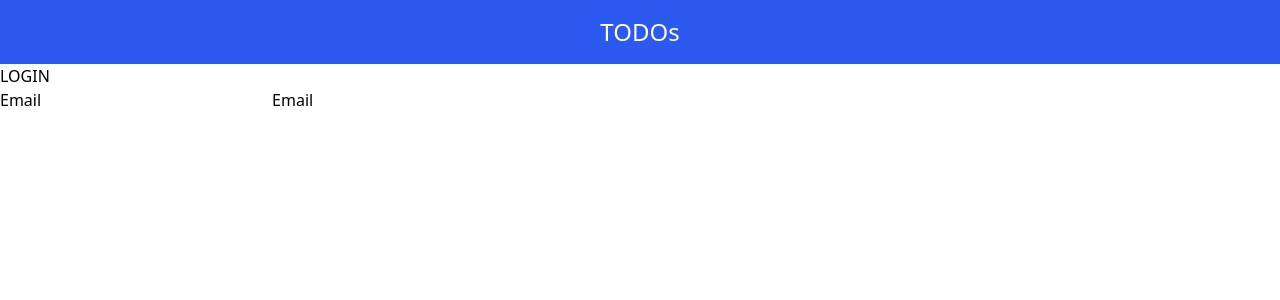
Repository: Jay-JYKim91/wanted-pre-onboarding-challenge-fe-1
Page: /auth
The author's editor kept a copy of each file at every save. The page is drawn from the files as they stood at one save, then again after the next save.
The browser window is 1280 px wide. The pictures show the whole page.
The project was rebuilt for these pictures with package versions that can differ from the ones it lists, and the page was loaded fresh each time.

Above is the page before, as saved 2022-07-29 19:46:47.

### src/index.tsx
import React from "react"
import ReactDOM from "react-dom/client"
import "./index.css"
import App from "./App"
import { BrowserRouter } from "react-router-dom"

const root = ReactDOM.createRoot(document.getElementById("root") as HTMLElement)
root.render(
  <React.StrictMode>
    <BrowserRouter>
      <App />
    </BrowserRouter>
  </React.StrictMode>
)

### src/App.tsx
import React from "react"
import { Route, Routes } from "react-router-dom"
import Auth from "./page/Auth"

function App() {
  return (
    <div className="App">
      <header className="bg-primary-900 text-white text-center py-4 text-2xl">
        <span>TODOs</span>
      </header>
      <Routes>
        <Route path="/auth" element={<Auth />} />
      </Routes>
    </div>
  )
}

export default App

### src/page/Auth.tsx
import React from "react"

function Auth() {
  return (
    <div>
      <div>
        <h1>LOGIN</h1>
        <form>
          <label htmlFor="emailForLogin">Email</label>
          <input type="email" id="emailForLogin" />
          <label htmlFor="passwordForLogin">Email</label>
          <input type="password" id="passwordForLogin" />
        </form>
      </div>
    </div>
  )
}

export default Auth

### tailwind.config.js
/** @type {import('tailwindcss').Config} */
module.exports = {
  content: [
    "./src/**/*.{js,jsx,ts,tsx}",
  ],
  theme: {
    extend: {
      colors: {
        'primary': {
          100: '#47dfbc',
          500: '#428afe',
          900: '#2c5af1',
        }
      },
    },
  },
  plugins: [],
}

Loaded but not shown: public/index.html (common file); src/index.css (common file)

After the next save:
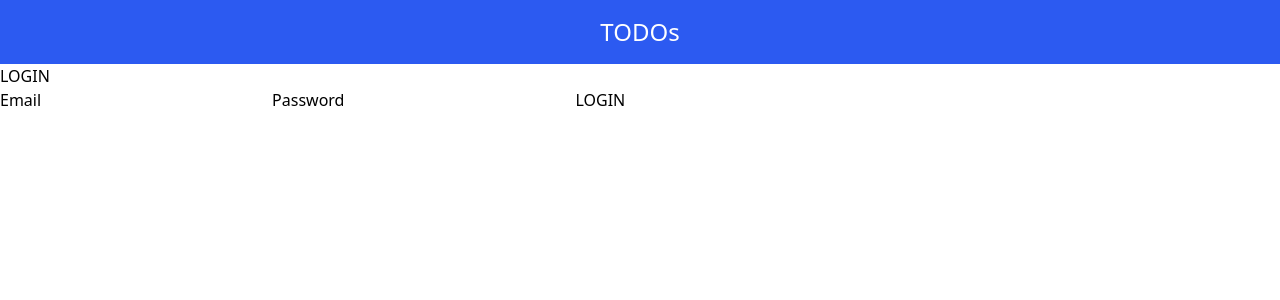
Saved 39 s later.
--- a/src/page/Auth.tsx
+++ b/src/page/Auth.tsx
@@ -8,8 +8,9 @@ function Auth() {
         <form>
           <label htmlFor="emailForLogin">Email</label>
           <input type="email" id="emailForLogin" />
-          <label htmlFor="passwordForLogin">Email</label>
+          <label htmlFor="passwordForLogin">Password</label>
           <input type="password" id="passwordForLogin" />
+          <button type="button">LOGIN</button>
         </form>
       </div>
     </div>
